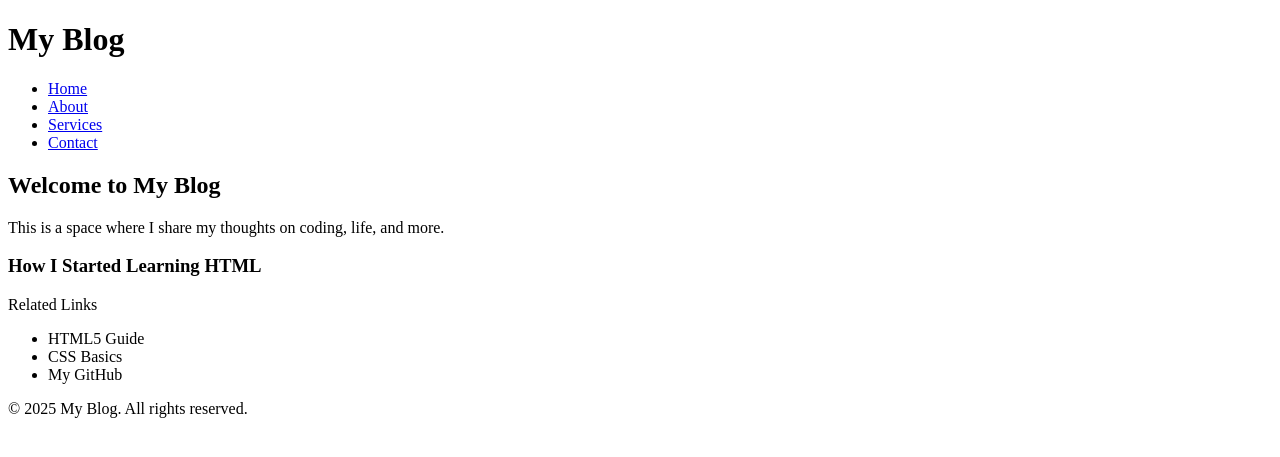
Repository: SainediAmbika/RecallingAll
Page: Angular Recalling/Blog Page/index.html
These files come from the project's save history. The page is drawn as it stood at one moment and after the next save; the edit follows.
The browser window is 1280 px wide. The pictures show the whole page.

Above is the page before, as saved 2025-05-19 11:18:17.

### Angular Recalling/Blog Page/index.html
<!DOCTYPE html>
<html lang="en">
<head>
    <meta charset="UTF-8">
    <meta name="viewport" content="width=device-width, initial-scale=1.0">
    <title>Blog Page</title>

</head>
<body>
    <header>
        <h1>My Blog</h1>
        <nav>
            <ul>
                <li><a href="#">Home</a></li>
                <li><a href="#">About</a></li>
                <li><a href="#">Services</a></li>
                <li><a href="#">Contact</a></li>

            </ul>
        </nav>
    </header>
    <main>
        <h2>Welcome to My Blog</h2>
        <section> This is a space where I share my thoughts on coding, life, and more.</section>
    </main>
    <article>
        <h3>How I Started Learning HTML  </h3>
        <section></section>
    </article>
    <article>
        <aside>Related Links</aside>
        <ul>
        <li><a href="https://www.w3schools.com/html/"></a>HTML5 Guide</li>
        <li><a href="https://www.w3schools.com/css/"></a>CSS Basics</li>
        <li><a href="https://github.com/"></a>My GitHub</li>

        </ul>
    </article>

    <footer>
        <p>&copy; 2025 My Blog. All rights reserved.</p>
    </footer>
    </article>

</body>
</html>

After the next save:
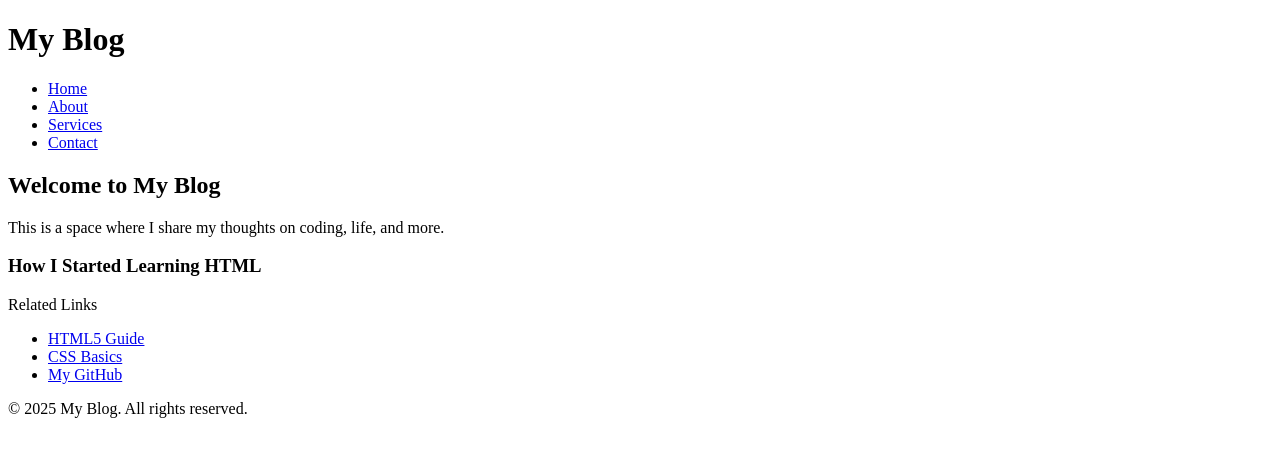
Saved 52 s later.
--- a/Angular Recalling/Blog Page/index.html
+++ b/Angular Recalling/Blog Page/index.html
@@ -30,9 +30,9 @@
     <article>
         <aside>Related Links</aside>
         <ul>
-        <li><a href="https://www.w3schools.com/html/"></a>HTML5 Guide</li>
-        <li><a href="https://www.w3schools.com/css/"></a>CSS Basics</li>
-        <li><a href="https://github.com/"></a>My GitHub</li>
+        <li><a href="https://www.w3schools.com/html/">HTML5 Guide</a></li>
+        <li><a href="https://www.w3schools.com/css/">CSS Basics</a></li>
+        <li><a href="https://github.com/">My GitHub</a></li>
 
         </ul>
     </article>
